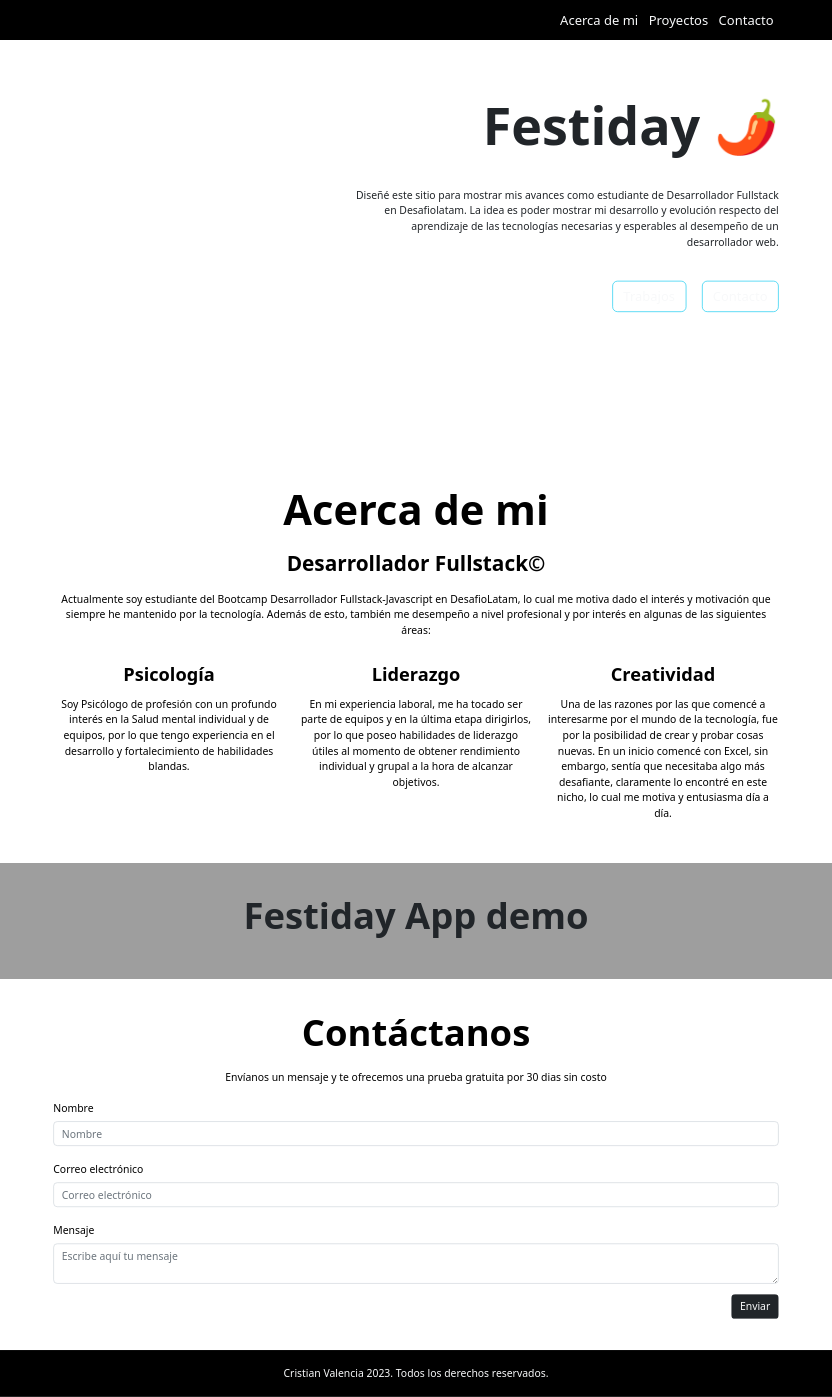
Repository: cvalenciapatagonia/Desafio-4-React-I
Page: /
The author's editor kept a copy of each file at every save. The page is drawn from the files as they stood at one save, then again after the next save.
The browser window is 1280 px wide. The pictures show the whole page, at 65% of full size.
Pictures or frames that could not be fetched are drawn as grey boxes. The project was rebuilt for these pictures with package versions that can differ from the ones it lists, and the page was loaded fresh each time. Also part of the build but not shown: vite.config.js, src/App.css.

Above is the page before, as saved 2023-09-07 17:54:49.

### index.html
<!doctype html>
<html lang="en">
  <head>
    <meta charset="UTF-8" />
    <link rel="icon" type="image/svg+xml" href="/vite.svg" />
    <meta name="viewport" content="width=device-width, initial-scale=1.0" />
    <title>Desafio 4 React I</title>
  </head>
  <body>
    <div id="root">


    </div>
    <script type="module" src="/src/main.jsx"></script>
  </body>
</html>

### src/main.jsx

import React from 'react'
import ReactDOM from 'react-dom/client'
import App from './App.jsx'

import './index.css'


ReactDOM.createRoot(document.getElementById('root')).render(
  <React.StrictMode>
    <App />
  </React.StrictMode>,
)

### src/App.jsx
import React, { useState } from "react";
import "./App.css";
import "bootstrap/dist/css/bootstrap.min.css";
// import MiApi from './components/MiApi';
// import Buscador from './components/Buscador';

function App() {
  const [sortOption, setSortOption] = useState("asc"); // Estado para almacenar la opción de ordenamiento

  return (
    <div className="App">
      <header>
        {/* BARRA DE NAVEGACION */}
        <nav className="navbar navbar-expand-lg navbar-dark fixed-top navbar-custom">
          <div className="container">
            {/* <img src="assets/img/logo.png" className="img-fluid img-logo" /> */}
            <button
              className="navbar-toggler"
              type="button"
              data-bs-toggle="collapse"
              data-bs-target="#navbarTogglerDemo01"
              aria-controls="navbarTogglerDemo01"
              aria-expanded="false"
              aria-label="Toggle navigation"
            >
              <span className="navbar-toggler-icon"></span>
            </button>
            <div className="collapse navbar-collapse" id="navbarTogglerDemo01">
              <a className="navbar-brand" href="#"></a>
              <ul className="navbar-nav ms-auto mb-2 mb-lg-0 fs-5">
                <li className="nav-item">
                  <a
                    className="nav-link active text-light"
                    aria-current="page"
                    href="#Acerca-de-mi"
                  >
                    Acerca de mi
                  </a>
                </li>
                <li className="nav-item">
                  <a
                    className="nav-link active text-light"
                    href="#Mis-proyectos"
                  >
                    Proyectos
                  </a>
                </li>
                <li className="nav-item">
                  <a className="nav-link active text-light" href="#Contacto">
                    Contacto
                  </a>
                </li>
              </ul>
            </div>
          </div>
        </nav>
        {/* Fin de la barra de navegación */}
      </header>

      <section id="Hero-Section" className="text-dark text-end py-5 mt-5">
        <div className="container">
          <div className="ms-auto col-12 col-md-7">
            <h1 className="display-1 fw-bold my-5">
Festiday 🌶️             {/* El signo agregado significa "cursando" */}
            </h1>
            <p className="my-5">
              Diseñé este sitio para mostrar mis avances como estudiante de
              Desarrollador Fullstack en Desafiolatam. La idea es poder mostrar
              mi desarrollo y evolución respecto del aprendizaje de las
              tecnologías necesarias y esperables al desempeño de un
              desarrollador web.
            </p>
            <div className="mb-5 pb-5">
              <a
                className="btn btn-lg btn-outline-info text-light me-4"
                href="#Mis-proyectos"
              >
                Trabajos
              </a>
              <a
                className="btn btn-lg btn-outline-info text-light"
                href="#Contacto"
              >
                Contacto
              </a>
            </div>
          </div>
        </div>
      </section>

      {/* ACERCA DE MI */}
      <section id="Acerca-de-mi" className="container text-center my-5">
        <h2 className="display-3 fw-bold my-4">Acerca de mi</h2>
        <i className="fas fa-solid fa-laptop-code fa-2x my-3"></i>
        <h3 className="subtitulo2 my-3 fw-bold">Desarrollador Fullstack©</h3>
        <i className="fas fa-solid fa-code fa-2x my-3"></i>

        <p className="my-4">
          Actualmente soy estudiante del Bootcamp Desarrollador
          Fullstack-Javascript en DesafioLatam, lo cual me motiva dado el
          interés y motivación que siempre he mantenido por la tecnología.
          Además de esto, también me desempeño a nivel profesional y por interés
          en algunas de las siguientes áreas:
        </p>

        <div className="row">
          <div className="col-12 col-md-4">
            <i className="fas fa-solid fa-brain fa-3x my-3"></i>
            <h3 className="my-3 fw-bold">Psicología</h3>
            <p className="my-3">
              Soy Psicólogo de profesión con un profundo interés en la Salud
              mental individual y de equipos, por lo que tengo experiencia en el
              desarrollo y fortalecimiento de habilidades blandas.
            </p>
          </div>
          <div className="col-12 col-md-4">
            <i className="fas fa-bullhorn fa-3x my-3"></i>
            <h3 className="my-3 fw-bold">Liderazgo</h3>
            <p className="my-3">
              En mi experiencia laboral, me ha tocado ser parte de equipos y en
              la última etapa dirigirlos, por lo que poseo habilidades de
              liderazgo útiles al momento de obtener rendimiento individual y
              grupal a la hora de alcanzar objetivos.
            </p>
          </div>
          <div className="col-12 col-md-4">
            <i className="fas fa-regular fa-lightbulb fa-3x my-3"></i>
            <h3 className="my-3 fw-bold">Creatividad</h3>
            <p className="my-3">
              Una de las razones por las que comencé a interesarme por el mundo
              de la tecnología, fue por la posibilidad de crear y probar cosas
              nuevas. En un inicio comencé con Excel, sin embargo, sentía que
              necesitaba algo más desafiante, claramente lo encontré en este
              nicho, lo cual me motiva y entusiasma día a día.
            </p>
          </div>
        </div>
      </section>
      {/* Fin de ACERCA DE MI */}

      {/* MIS PROYECTOS */}
      <section id="Mis-proyectos" className="my-5 p-5">
        <div className="container">
          <h2 className="display-4 fw-bold text-center text-dark mb-3">
            Festiday App demo
          </h2>

          <div className="row">

          </div>
        </div>
      </section>
      {/* Fin de MIS PROYECTOS */}

      {/* CONTACTAME */}
      <section id="Contacto" className="container my-5">
        <h2 className="display-4 fw-bold text-center my-4">Contáctanos</h2>

        <p className="text-center my-4 d-none d-md-block">
          Envíanos un mensaje y te ofrecemos una prueba gratuita por 30 dias sin costo
        </p>

        <form>
          <div className="form-group mb-4">
            <label className="mb-2">Nombre</label>
            <input className="form-control" placeholder="Nombre" />
          </div>

          <div className="form-group mb-4">
            <label className="mb-2">Correo electrónico</label>
            <input className="form-control" placeholder="Correo electrónico" />
          </div>

          <div className="form-group">
            <label className="mb-2">Mensaje</label>
            <textarea
              className="form-control"
              placeholder="Escribe aquí tu mensaje"
            ></textarea>
          </div>

          <div className="my-3 text-end">
            <button className="btn bg-dark text-light">Enviar</button>
          </div>
        </form>
      </section>
      {/* Fin de CONTACTAME */}

      {/* FOOTER */}
      <footer className="text-center text-light p-4">
        <p className="mb-0">
          Cristian Valencia 2023. Todos los derechos reservados.
        </p>
      </footer>
      {/* Fin de FOOTER */}
    </div>
  );
}

export default App;

{
  /* <h1>Feriados en Chile</h1> */
}
{
  /* Pasa el estado y la función de cambio de ordenamiento al componente Buscador */
}
{
  /* <Buscador onSortChange={setSortOption} />
<MiApi apiURL="https://api.victorsanmartin.com/feriados/en.json" sortOption={sortOption} /> */
}

### src/index.css
/* :root {
  font-family: Inter, system-ui, Avenir, Helvetica, Arial, sans-serif;
  line-height: 1.5;
  font-weight: 400;

  color-scheme: light dark;
  color: rgba(255, 255, 255, 0.87);
  background-color: #242424;

  font-synthesis: none;
  text-rendering: optimizeLegibility;
  -webkit-font-smoothing: antialiased;
  -moz-osx-font-smoothing: grayscale;
  -webkit-text-size-adjust: 100%;
}

a {
  font-weight: 500;
  color: #646cff;
  text-decoration: inherit;
}
a:hover {
  color: #535bf2;
}

body {
  margin: 0;
  display: flex;
  place-items: center;
  justify-content: center;
  min-width: 320px;
  min-height: 100vh;
}

h1 {
  font-size: 3.2em;
  line-height: 1.1;
}

table {
  width: 100%;
  border-collapse: collapse;
}

table th, table td {
  text-align: start;
  padding: 8px;
  border: 1px solid #ddd;
}


table th {
  background-color: rgb(198, 43, 43);
  font-weight: bold;
}
 */

 .navbar-custom {
  background-color: rgb(0, 0, 0);
}

.img-logo {
  height: 250px;
  width: 350px;
}

@media (max-width: 576px) {
  .img-logo {
    height: 150px;
    width: 250px;
  }
}

#Hero-Section {
  background-repeat: no-repeat;
  background-size: cover;
  background-position: left;
  height: 650px;
}

/* #Mis-proyectos .image-top {
  height: 250px;
  background-repeat: no-repeat;
  background-size: cover;
  background-position: center;
} */

#Mis-proyectos {
  background-image: url("../img/fondo\ \(7\).jpg");
  background-repeat: no-repeat;
  background-size: cover;
  background-position: left;
}

#Acerca-de-mi {
  color: black;
}

#Contacto {
  color: black;
}

footer {
  background-color: black;
}

.button-custom {
  background-color: black;
}

.subtitulo2 {
  display: inline;
  font-size: 2em;
}

@media only screen and (max-width: 576px) {
  .subtitulo2 {
    font-size: 1.2rem;
    line-height: 1.2;
  }
}

After the next save:
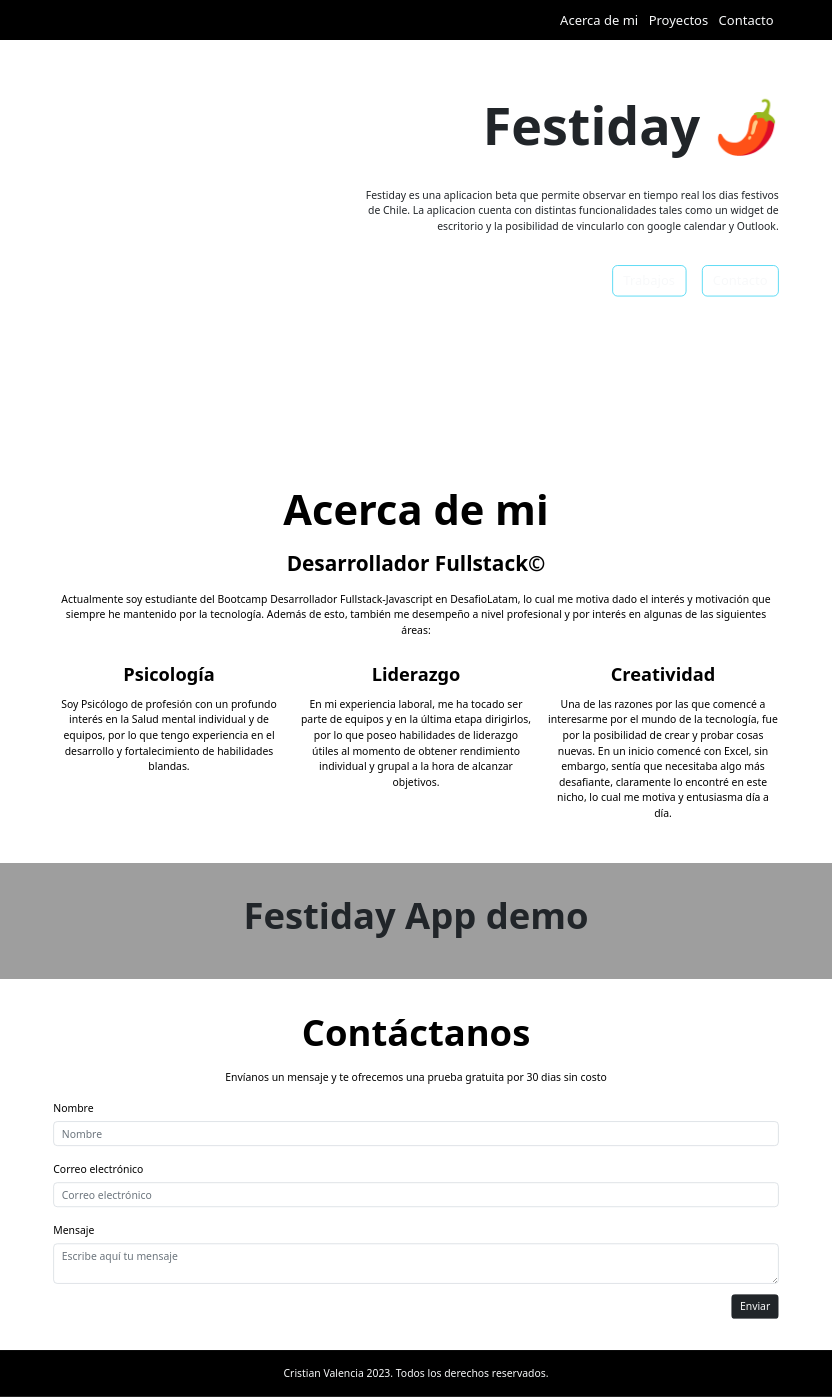
Saved 80 s later.
--- a/src/App.jsx
+++ b/src/App.jsx
@@ -61,14 +61,13 @@
         <div className="container">
           <div className="ms-auto col-12 col-md-7">
             <h1 className="display-1 fw-bold my-5">
-Festiday 🌶️             {/* El signo agregado significa "cursando" */}
+              Festiday 🌶️ {/* El signo agregado significa "cursando" */}
             </h1>
             <p className="my-5">
-              Diseñé este sitio para mostrar mis avances como estudiante de
-              Desarrollador Fullstack en Desafiolatam. La idea es poder mostrar
-              mi desarrollo y evolución respecto del aprendizaje de las
-              tecnologías necesarias y esperables al desempeño de un
-              desarrollador web.
+              Festiday es una aplicacion beta que permite observar en tiempo
+              real los dias festivos de Chile. La aplicacion cuenta con
+              distintas funcionalidades tales como un widget de escritorio y la
+              posibilidad de vincularlo con google calendar y Outlook.
             </p>
             <div className="mb-5 pb-5">
               <a
@@ -145,9 +144,7 @@
             Festiday App demo
           </h2>
 
-          <div className="row">
-
-          </div>
+          <div className="row"></div>
         </div>
       </section>
       {/* Fin de MIS PROYECTOS */}
@@ -157,7 +154,8 @@
         <h2 className="display-4 fw-bold text-center my-4">Contáctanos</h2>
 
         <p className="text-center my-4 d-none d-md-block">
-          Envíanos un mensaje y te ofrecemos una prueba gratuita por 30 dias sin costo
+          Envíanos un mensaje y te ofrecemos una prueba gratuita por 30 dias sin
+          costo
         </p>
 
         <form>
